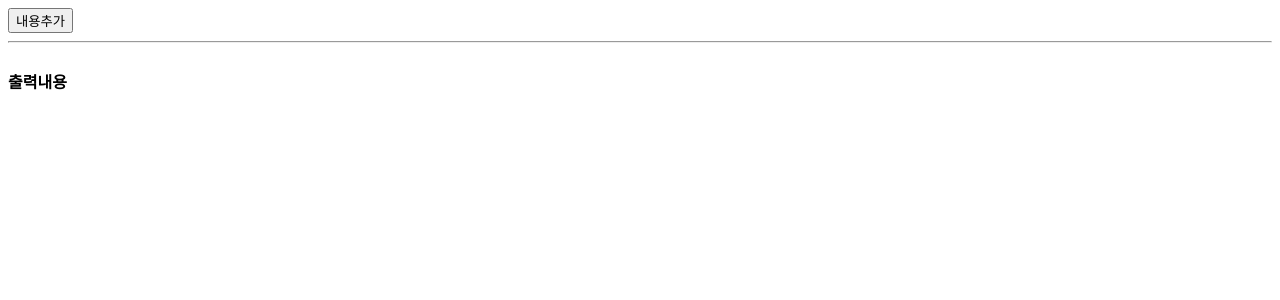
Repository: KYJIN1024/kic_jquery
Page: http://localhost/JQueryEx01/jquery28.jsp
An editor plug-in stored every save of this project. The page is shown before and after the next save, followed by the edit.
The browser window is 1280 px wide. The pictures show the whole page.
The page is served by Tomcat 9.

Above is the page before, as saved 2023-05-16 04:44:22.

After the next save:
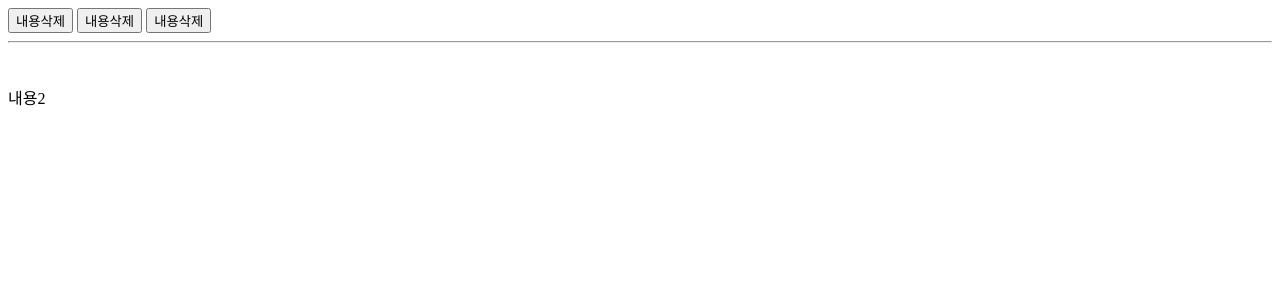
Console error: TypeError: Cannot set properties of null (setting 'onclick')
Saved 9 min 1 s later.
--- a/JQueryEx01/src/main/webapp/jquery28.jsp
+++ b/JQueryEx01/src/main/webapp/jquery28.jsp
@@ -9,14 +9,21 @@
 <script src="https://ajax.googleapis.com/ajax/libs/jquery/3.6.4/jquery.min.js"></script>
 <script>
 	$(document).ready(function(){
+
+		// 내용삭제
 		document.getElementById('btn1').onclick = function() {
-			// $('태그') - selector
-			// $('html 내용') - 생성
+			$('#d').html( '' );
 
-			// appendTo / prependTo / insertAfter / insertBefore
-			//$('<i>Hello jQuery</i>').appendTo('#result');1
-			$('<i></i>').html('Hello jQuery').prependTo('#result');
 		};
+		document.getElementById('btn2').onclick = function() {
+			$('#d').empty( '' );
+
+		};
+		// 태그삭제
+		document.getElementById('btn3').onclick = function() {
+			$('#d').remove( '' );
+		};
+
 	});
 
 
@@ -24,9 +31,13 @@
 </script>
 </head>
 <body>
-	<button id="btn1">내용추가</button>
+	<button id="btn1">내용삭제</button>
+	<button id="btn1">내용삭제</button>
+	<button id="btn1">내용삭제</button>
 	<br /> <hr /> <br />
-	<div id="result"><b>출력내용</b></div>
+	<div id="d">
+		<p>내용2 </p>
+	</div>
 
 
 </body>
